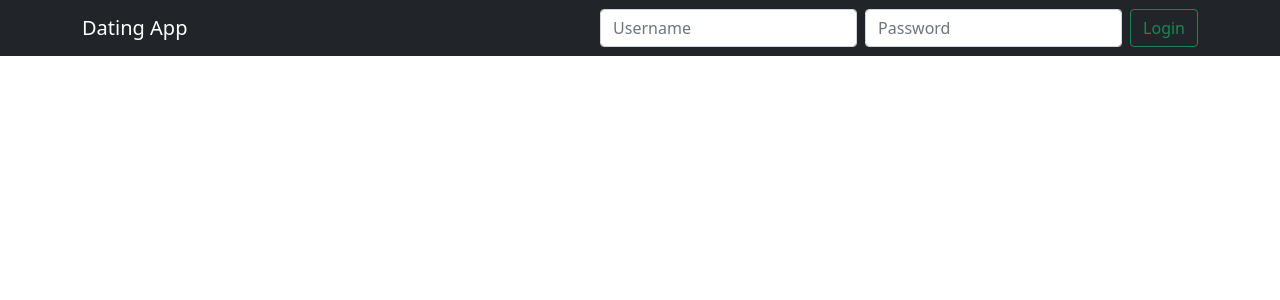
Repository: pedroHenriFeLima/DotNetCoreANDAngularDatingApp
Page: / (app in client/)
The author's editor kept a copy of each file at every save. The page is drawn from the files as they stood at one save, then again after the next save.
The browser window is 1280 px wide. The pictures show the whole page.
The page's requests for data from a server got no answer. The project was rebuilt for these pictures with package versions that can differ from the ones it lists, and the page was loaded fresh each time. No one was signed in, and anything a server would have sent is missing. Also part of the build but not shown: client/angular.json.

Above is the page before, as saved 2021-10-16 17:49:55.

After the next save:
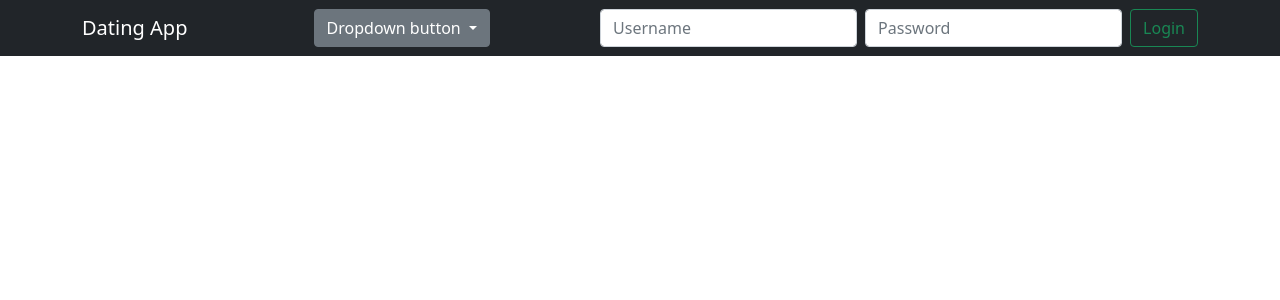
Saved 36 s later.
--- a/client/src/app/nav/nav.component.html
+++ b/client/src/app/nav/nav.component.html
@@ -16,7 +16,7 @@
           <a class="nav-link" (click)="logOut()">Logout</a>
         </li>
       </ul>
-      <div class="dropdown" *ngIf="loggedIn">
+      <div class="dropdown">
         <button class="btn btn-secondary dropdown-toggle" type="button" id="dropdownMenuButton1" data-bs-toggle="dropdown" aria-expanded="false">
           Dropdown button
         </button>
